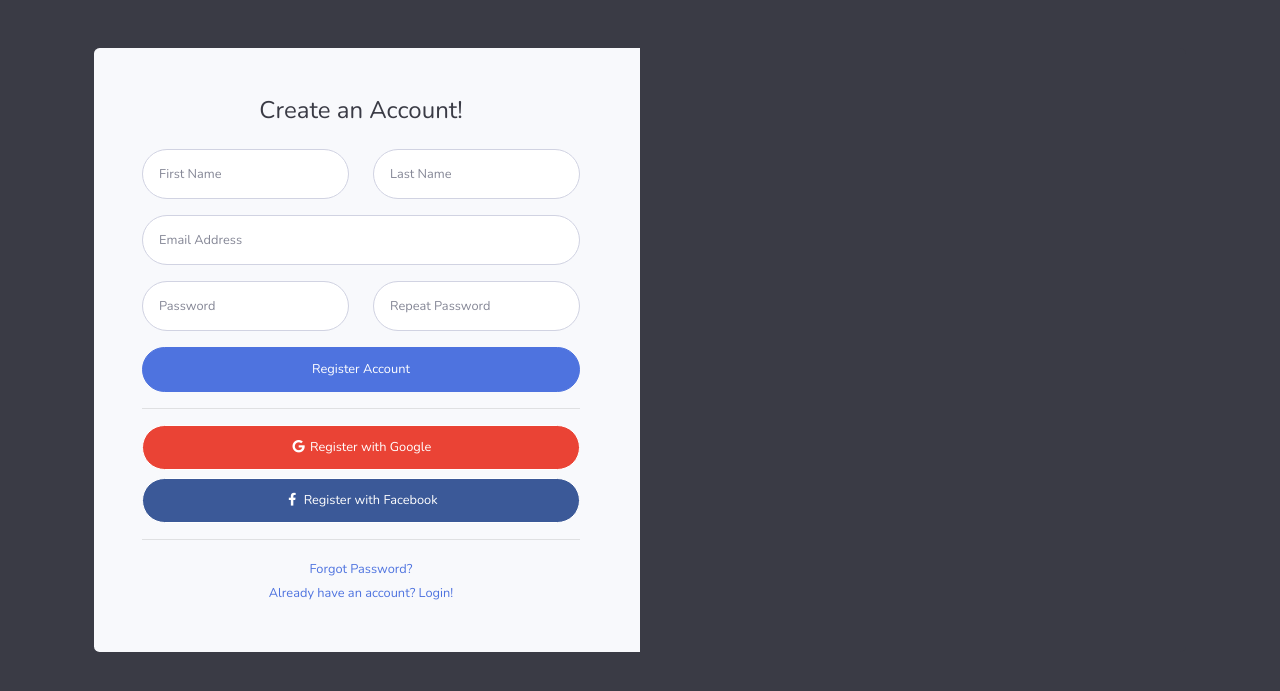
Repository: TuanLe8899/SpringBootProject
Page: http://localhost/register
These files come from the project's save history. The page is drawn as it stood at one moment and after the next save; the edit follows.
The browser window is 1280 px wide. The pictures show the whole page.
The page is this project's Thymeleaf template; nobody is signed in. Other server files are loaded and not shown. The template is opened directly, without the code that normally fills it, so the values that code supplies are empty.

Above is the page before, as saved 2022-08-24 15:02:04.

### complaint_management/src/main/resources/templates/register.html
<!DOCTYPE html>
<html lang="en" xmlns="http://www.w3.org/1999/xhtml" xmlns:th="http://www.thymeleaf.org"
    xmlns:sec="http://www.thymeleaf.org" xmlns:layout="http://www.ultraq.net.nz/thymeleaf/layout">

<head>

    <meta charset="utf-8">
    <meta http-equiv="X-UA-Compatible" content="IE=edge">
    <meta name="viewport" content="width=device-width, initial-scale=1, shrink-to-fit=no">
    <meta name="description" content="">
    <meta name="author" content="">

    <title>register</title>

    <!-- Custom fonts for this template-->
    <link th:href="@{/vendor/fontawesome-free/css/all.min.css}" rel="stylesheet" type="text/css">
    <link
        href="https://fonts.googleapis.com/css?family=Nunito:200,200i,300,300i,400,400i,600,600i,700,700i,800,800i,900,900i"
        rel="stylesheet">

    <!-- Custom styles for this template-->
    <link th:href="@{/css/sb-admin-2.min.css}" rel="stylesheet">

</head>

<body class="bg-gray-900">

    <div class="container">

        <div class="card o-hidden border-0 my-5">
            <div class="card-body p-0">
                <!-- Nested Row within Card Body -->
                <div class="row bg-gray-900">
                    <div class="col-6 bg-gray-100">
                        <div class="p-5">
                            <div class="text-center">
                                <h1 class="h4 text-gray-900 mb-4">Create an Account!</h1>
                            </div>
                            <form class="user">
                                <div class="form-group row">
                                    <div class="col-sm-6 mb-3 mb-sm-0">
                                        <input type="text" class="form-control form-control-user" id="exampleFirstName"
                                            placeholder="First Name">
                                    </div>
                                    <div class="col-sm-6">
                                        <input type="text" class="form-control form-control-user" id="exampleLastName"
                                            placeholder="Last Name">
                                    </div>
                                </div>
                                <div class="form-group">
                                    <input type="email" class="form-control form-control-user" id="exampleInputEmail"
                                        placeholder="Email Address">
                                </div>
                                <div class="form-group row">
                                    <div class="col-sm-6 mb-3 mb-sm-0">
                                        <input type="password" class="form-control form-control-user"
                                            id="exampleInputPassword" placeholder="Password">
                                    </div>
                                    <div class="col-sm-6">
                                        <input type="password" class="form-control form-control-user"
                                            id="exampleRepeatPassword" placeholder="Repeat Password">
                                    </div>
                                </div>
                                <a href="login.html" class="btn btn-primary btn-user btn-block">
                                    Register Account
                                </a>
                                <hr>
                                <a href="index.html" class="btn btn-google btn-user btn-block">
                                    <i class="fab fa-google fa-fw"></i> Register with Google
                                </a>
                                <a href="index.html" class="btn btn-facebook btn-user btn-block">
                                    <i class="fab fa-facebook-f fa-fw"></i> Register with Facebook
                                </a>
                            </form>
                            <hr>
                            <div class="text-center">
                                <a class="small" href="forgot-password.html">Forgot Password?</a>
                            </div>
                            <div class="text-center">
                                <a class="small" href="login.html">Already have an account? Login!</a>
                            </div>
                        </div>
                    </div>
                </div>
            </div>
        </div>

    </div>

    <!-- Bootstrap core JavaScript-->
    <script th:src="@{/vendor/jquery/jquery.min.js}"></script>
    <script th:src="@{/vendor/bootstrap/js/bootstrap.bundle.min.js}"></script>

    <!-- Core plugin JavaScript-->
    <script th:src="@{/vendor/jquery-easing/jquery.easing.min.js}"></script>

    <!-- Custom scripts for all pages-->
    <script th:src="@{/js/sb-admin-2.min.js}"></script>

</body>

</html>

Loaded but not shown: complaint_management/src/main/resources/static/css/sb-admin-2.min.css (library); complaint_management/src/main/resources/static/js/sb-admin-2.min.js (common file)

After the next save:
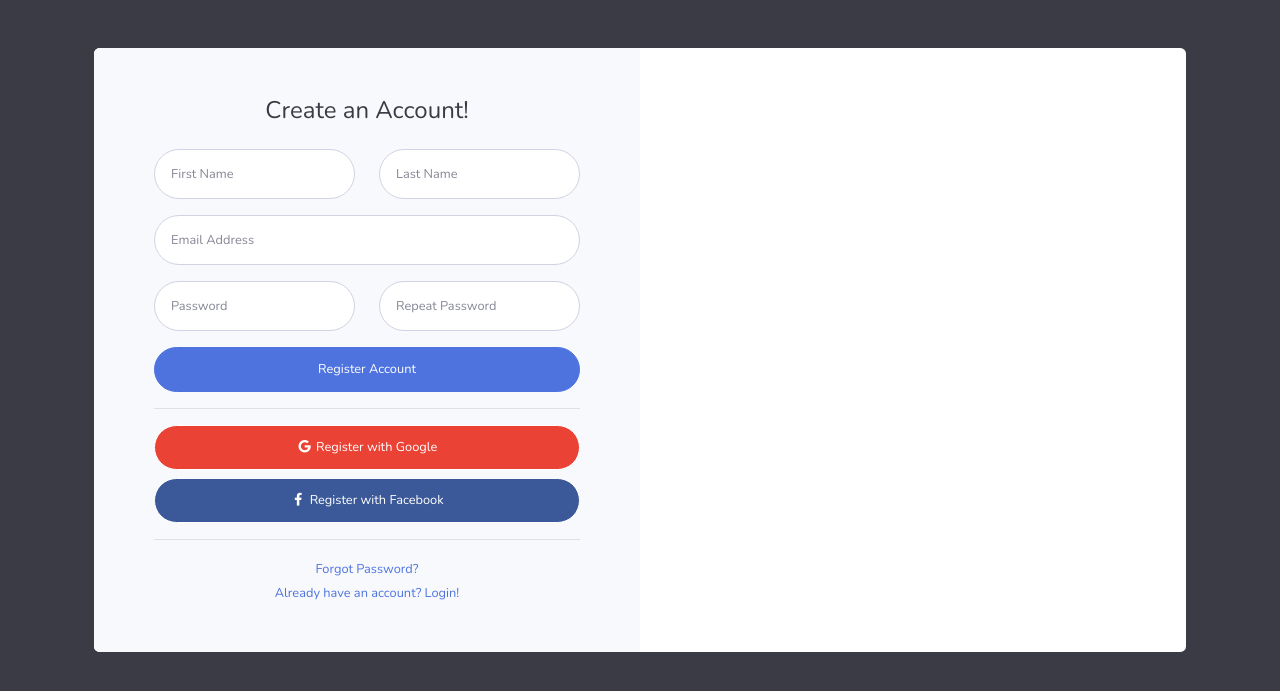
Saved 20 s later.
--- a/complaint_management/src/main/resources/templates/register.html
+++ b/complaint_management/src/main/resources/templates/register.html
@@ -30,7 +30,6 @@
         <div class="card o-hidden border-0 my-5">
             <div class="card-body p-0">
                 <!-- Nested Row within Card Body -->
-                <div class="row bg-gray-900">
                     <div class="col-6 bg-gray-100">
                         <div class="p-5">
                             <div class="text-center">
@@ -81,7 +80,6 @@
                             </div>
                         </div>
                     </div>
-                </div>
             </div>
         </div>
 

After the 2 saves that followed:
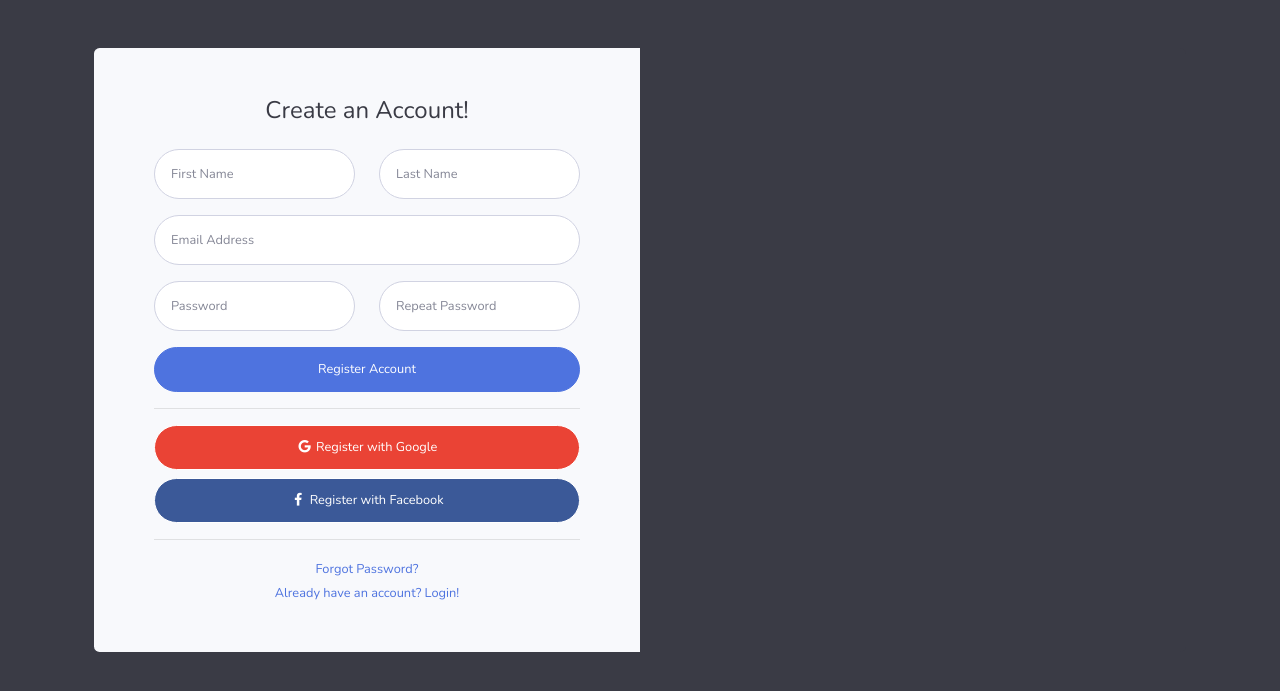
The 2 saves are shown as one change because 1 left the picture as it was.
The last was saved 17 s later.
--- a/complaint_management/src/main/resources/templates/register.html
+++ b/complaint_management/src/main/resources/templates/register.html
@@ -27,7 +27,7 @@
 
     <div class="container">
 
-        <div class="card o-hidden border-0 my-5">
+        <div class="card o-hidden border-0 my-5 bg-gray-900">
             <div class="card-body p-0">
                 <!-- Nested Row within Card Body -->
                     <div class="col-6 bg-gray-100">
